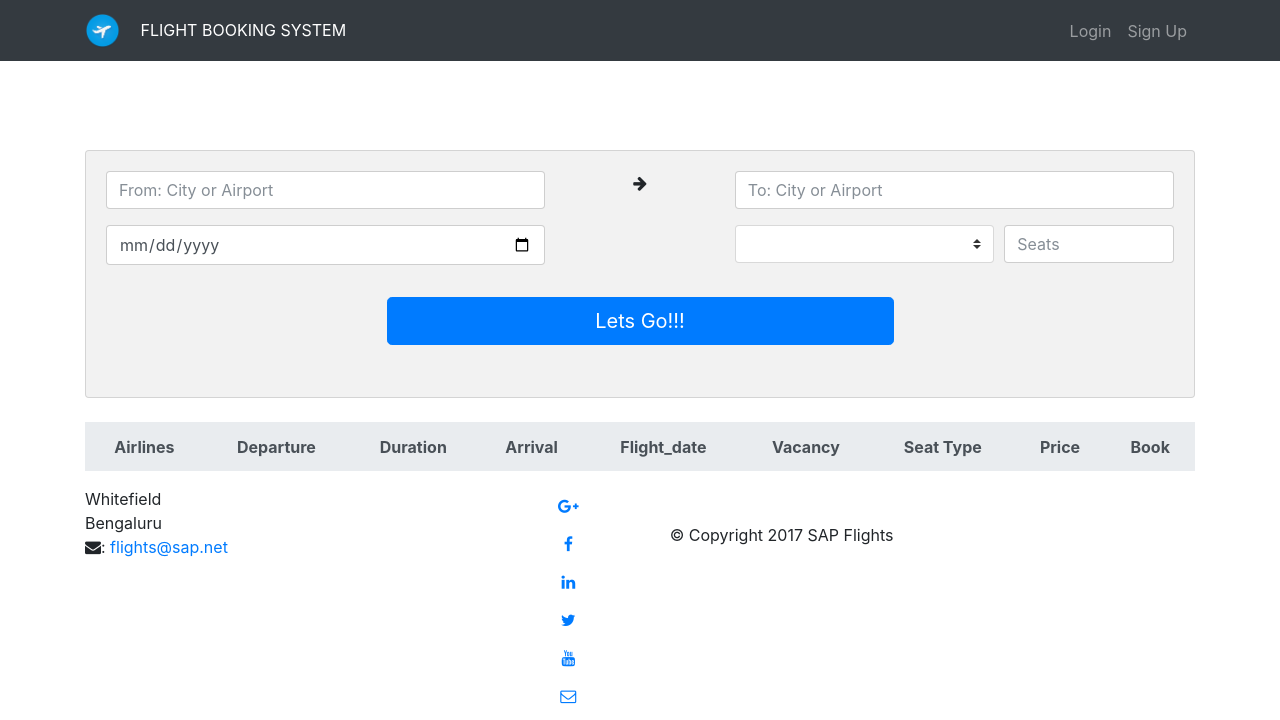
Repository: yashtatia/Spring-Practice
Page: http://localhost/FitnessTracker/WEB-INF/jsp/flightpage.jsp
These files come from the project's save history. The page is drawn as it stood at one moment and after the next save; the edit follows.
The browser window is 1280 px wide. The pictures show the whole page.
Some web libraries are served in a nearby version. The page is served by Tomcat 9. Nobody is signed in. Other server files are loaded and not shown. The template is opened directly, without the code that normally fills it, so the values that code supplies are empty.

Above is the page before, as saved 2017-09-05 20:27:21.

### FitnessTracker/src/main/webapp/WEB-INF/jsp/flightpage.jsp
<%@ taglib prefix="c" uri="http://java.sun.com/jsp/jstl/core"%>
<%@ taglib prefix="form" uri="http://www.springframework.org/tags/form" %>
<%@ taglib prefix="spring" uri="http://www.springframework.org/tags" %>

	<jsp:include page="header.jsp" />

	<style type="text/css">
		.table td, .table th {
			text-align: center;
			align-items: center;
			align-content: center;
		}
		table:hover {
			border-color:  #808080;
			border-top-width: 1 px;
		}
	</style>


	<div class="container" style="margin-top:150px;">
		<div class="card" style="background-color: #f2f2f2;" >
			<div class="card-body">
				<form:form modelAttribute="flightSearch" method="POST" >
					<div class="form-row">
						<div class="form-group col-md-5">
								<form:input path="source_airport" class="input-large form-control" type="text" placeholder="From: City or Airport" name="source_id" id="source_id" value="${flightSearch.source_airport}" />
						</div>
						<div class="form-group col-md-2">
							<div id="city_reverse" align="center" style="cursor:pointer;">
								<i class="fa fa-arrow-right" aria-hidden="true"></i>
							</div>
						</div>
						<div class="form-group col-md-5">
								<form:input path="destination_airport" class="input-large form-control" type="text" placeholder="To: City or Airport" name="destination_id" id="destination_id" value="${flightSearch.destination_airport}" />
						</div>
					</div>
					<div class="form-row">
						<div class="form-group col-md-5">
							<form:input path="flight_date" class="input-large form-control" type="date" name="flight_date" data-date-inline-picker="true" value="${flightSearch.flight_date}"/>
						</div>
						<div class="col-md-2">

						</div>
						<div class="col-md-3 form-group">
								<form:select id="seat_classes" path="seat_class" class="custom-select mb-2 mr-sm-2 mb-sm-0 form-control" name="seat_type" value="${flightSearch.seat_class}">
									<form:options items="${seats}" itemLabel="description" itemValue="seat_type"/>
								</form:select>
						</div>
						<div class="col-md-2 form-group">
							<form:input path="seats" class="input-large form-control" type="number" name="seats" data-date-inline-picker="true" placeholder="Seats" value="${flightSearch.seats}" min="1"/>
						</div>
					</div>

					<div class="form-row">
						<div class="form-group col-md-6 mx-auto p-3">
							<button type="submit" class="btn btn-lg btn-block btn-primary" name="flightSearchFormSubmit" value="SEARCH">Lets Go!!!</button>
						</div>
					</div>
				</form:form>
			</div>
		</div>
	</div>
	<div class="container">
		<br/>
		<div class="row row-content">
			<div class="col-lg-12 " >
				<table class="table table-striped table-hover">
					<tr class="thead-default">
						<th>Airlines</th>
						<th>Departure</th>
						<th>Duration</th>
						<th>Arrival</th>
						<th>Flight_date</th>
						<th>Vacancy</th>
						<th>Seat Type</th>
						<th>Price</th>
						<th>Book</th>
					</tr>
					<c:forEach items="${flightsReport}" var="flightReport">
						<tr>
							<td>${flightReport.carrier.carrier_name}</td>
							<td>
								<table style="border: none; padding: none;" >
									<tr>
										<td>${flightReport.departure.airport_id} ${flightReport.departure_time}</td>
									</tr>
									<tr>
										<td>${flightReport.departure.airport_name}, India</td>
									</tr>
								</table>
							</td>
							<td>${flightReport.duration}</td>
							<td>
								<table style="border: none; padding-left: 2px:;">
									<tr>
										<td>${flightReport.arrival.airport_id} ${flightReport.arrival_time}</td>
									</tr>
									<tr>
										<td>${flightReport.arrival.airport_name}, India</td>
									</tr>
								</table>
							</td>
							<td>${flightReport.flight_date}</td>
							<td>${flightReport.vacancy}</td>
							<td>${flightReport.seat_type.description}</td>
							<td>${flightReport.price}</td>

							<form:form modelAttribute="flightSelected" action="flightWeWishToFly.html" method="POST">
								<form:hidden path="flight_id" value="${flightReport.flight_id}" />
								<form:hidden path="route_id" value="${flightReport.route_id}" />
								<form:hidden path="departure_id" value="${flightReport.departure.airport_id}" />
								<form:hidden path="departure" value="${flightReport.departure.airport_name}" />
								<form:hidden path="arrival_id" value="${flightReport.arrival.airport_id}" />
								<form:hidden path="arrival" value="${flightReport.arrival.airport_name}" />
								<form:hidden path="user_air_miles" value="${userForm.air_miles}" />
								<form:hidden path="airline" value="${flightReport.carrier.carrier_name}" />
								<form:hidden path="flight_date" value="${flightReport.flight_date}" />
								<form:hidden path="departure_time" value="${flightReport.departure_time}" />
								<form:hidden path="arrival_time" value="${flightReport.arrival_time}" />
								<form:hidden path="duration" value="${flightReport.duration}" />
								<form:hidden path="price" value="${flightReport.price}" />
								<form:hidden path="seat_class" value="${flightReport.seat_type.description}" />
								<form:hidden path="seat_class_abbrev" value="${flightReport.seat_type.seat_type}" />
								<form:hidden path="seats" value="${flightSearch.seats}" />
								<td><button type="submit" class="btn btn-large btn-warning">Book Now</button></td>
							</form:form>

						</tr>
					</c:forEach>
				</table>

			</div>
		</div>
	</div>
	<jsp:include page="footer.jsp" />

	<script type="text/javascript">
		$(document).ready(function(){
			$("#city_reverse").on("click" , function(){
				var source = $("#source_id").val();
				var destination = $("#destination_id").val();
				$("#source_id").val(destination);
				$("#destination_id").val(source);
			});

			$("#city_reverse").mouseenter(function(){
				$("#city_reverse > span").removeClass("fa fa-arrow-right");
				$("#city_reverse > span").addClass("fa fa-arrow-left");
			});
			$("#city_reverse").mouseleave(function(){
				$("#city_reverse > span").removeClass("fa fa-arrow-left");
				$("#city_reverse > span").addClass("fa fa-arrow-right");
			});
		});
	</script>
<!-- 	<script type="text/javascript">
		$(document).ready(
			function() {
				$.getJSON('<spring:url value="seat_classes.json"/>', {
					ajax : 'true'
				}, function(data){
					var html = '<option value="">--Please select one--</option>';
					var len = data.length;
					for (var i = 0; i < len; i++) {
						html += '<option value="' + data[i].seat_type + '">'
								+ data[i].description + '</option>';
					}
					html += '</option>';

					$('#seat_classes').html(html);
				});

			});

	</script> -->
	<script type="text/javascript">
		$( function() {
			console.log( "document Ready!" );

			// $('#source_id').autocomplete("flightSearchHelpAjax.jsp");
			// $(this.target).find('source_id').autocomplete({
			$("#source_id").autocomplete({
				source: function (request, response) {
		            $.getJSON('<spring:url value="flightAjax.json"/>', request, function(result) {
		                response($.map(result, function(item) {
		                    return {
		                        // following property gets displayed in drop down
		                        value: item.airport_id + " - " + item.airport_name ,
		                        // following property gets entered in the textbox
		                        data: item.airport_id,
		                        // following property is added for our own use
		                    };
		                }));
		            });
		        },
		        minLength:2,
		        delay:100
			});
			$('#destination_id').autocomplete({
				source: function (request, response) {
		            $.getJSON('<spring:url value="flightAjax.json"/>', request, function(result) {
		                response($.map(result, function(item) {
		                    return {
		                        // following property gets displayed in drop down
		                        //label: item.airport_id,
		                        value: item.airport_id + " - " + item.airport_name ,
		                        // following property gets entered in the textbox
		                        data: item.airport_id,

		                    };
		                }));
		            });
		        },
		        minLength:2,
		        delay:100
			});
		});
	</script>

### FitnessTracker/src/main/webapp/WEB-INF/jsp/header.jsp
<%@ taglib prefix="c" uri="http://java.sun.com/jsp/jstl/core"%>
<%@ taglib prefix="form" uri="http://www.springframework.org/tags/form" %>
<%@ taglib prefix="spring" uri="http://www.springframework.org/tags" %>
<!DOCTYPE html>
<html>
<head>
	<meta charset="utf-8">
    <meta http-equiv="X-UA-Compatible" content="IE=edge">
    <meta name="viewport" content="width=device-width, initial-scale=1, shrink-to-fit=no">
	<title>Search Flights</title>
	<link rel="stylesheet" href="https://maxcdn.bootstrapcdn.com/bootstrap/4.0.0-beta/css/bootstrap.min.css" integrity="sha384-/Y6pD6FV/Vv2HJnA6t+vslU6fwYXjCFtcEpHbNJ0lyAFsXTsjBbfaDjzALeQsN6M" crossorigin="anonymous">
	<link href="https://maxcdn.bootstrapcdn.com/font-awesome/4.7.0/css/font-awesome.min.css" rel="stylesheet">
	<link rel="stylesheet" type="text/css" href="assets/css/jquery-ui.css">
</head>
<body>

	 <nav class="navbar navbar-expand-md navbar-dark bg-dark fixed-top">
            <div class="container">
                <div class="navbar-header">
	                <span><a class="navbar-brand" href="index.jsp"><img src="assets/img/sap.png" height=35 width=35></a></span>
	                <span style="color: white;">FLIGHT BOOKING SYSTEM</span>
                </div>

                <c:choose>
    				<c:when test="${not logInForm.loggedIn || logInForm == null}">
                       <ul class="navbar-nav bd-navbar-nav" style="cursor: pointer;">
	                        <li class="nav-item"><a class="nav-link" data-toggle="modal" data-target="#loginModal" id="login"><span class="glyphicon glyphicon-log-in"></span> Login</a></li>
	                        <li class="nav-item"><a class="nav-link" href="signUp.html"><span class="glyphicon glyphicon-log-in"></span> Sign Up</a></li>
	                    </ul>
	    			</c:when>
	    			<c:otherwise>
	                    <ul class="navbar-nav bd-navbar-nav" style="cursor: pointer;">
	                        <li class="nav-item dropdown">
	                            <a href="#" class="nav-link dropdown-toggle" data-toggle="dropdown"
	                             role="button" aria-haspopup="true" aria-expanded="false" style="color: white; ">
	                             <i class="fa fa-user-o" aria-hidden="true"></i>  ${userForm.fname} ${userForm.lname} <span class="caret"></span></a>
	                            <ul class="dropdown-menu">
	                                <li><a class="dropdown-item" href="#">Your Miles : ${userForm.air_miles}</a></li>
	                                <li><a class="dropdown-item" href="myBookings.html">MyBookings</a></li>
	                                <li><a class="dropdown-item" href="logout.html">Logout</a></li>
	                            </ul>
	                        </li>
	                    </ul>
	                </c:otherwise>
                </c:choose>


                </div>
        </nav>

    <c:if test="${logInForm.loggedIn == false || logInForm == null}">

	    <div id="loginModal" class="modal fade " role="dialog" aria-labelledby="loginModal" aria-hidden="true">
	        <div class="modal-dialog" style="max-width: 650px !important;">
	        <!-- Modal content-->
	        <div class="modal-content">
	            <div class="modal-header">
	                <h5 class="modal-title" id="exampleModalLabel">Login</h5>
			     	   <button type="button" class="close" data-dismiss="modal" aria-label="Close">
			        	  <span aria-hidden="true">&times;</span>
			       	 </button>
	            </div>
		        <div class="modal-body">
		            <form:form modelAttribute="logInForm" class="form-inline" id="loginForm" action="logIn.html" method="POST">
		                <div class="form-group">
		                    <label class="sr-only" for="InputEmail">Email address</label>
		                    <form:input path="username" type="email" class="form-control" id="Email" placeholder="Email" name="email" />
		                </div>
		                <div class="form-group mx-sm-3">
		                    <label class="sr-only" for="Password">Password</label>
		                    <form:input path="password" type="password" class="form-control" id="Password" placeholder="Password" name="password" />
		                </div>

	            		<div class="form-group mx-sm-3">
	            			<button type="button" class="btn btn-default btn-danger pull-right" data-dismiss="modal">Cancel</button>
		                	<button type="submit" class="btn btn-default btn-info pull-right">Sign in</button>
	            		</div>


	            	</form:form>
				</div>

	        </div>
	        </div>
	    </div>

    </c:if>

### FitnessTracker/src/main/webapp/WEB-INF/jsp/footer.jsp

	<footer class="row-footer">
        <div class="container">
            <div class="row">

                <div class="col-md-5"">
                    <address>
		              Whitefield<br>
		              Bengaluru<br>
		              <i class="fa fa-envelope"></i>:
                         <a href="mailto:flights@sap.net">
                         flights@sap.net</a>
                    </address>
                </div>
                <div class="col-xs-12 ">
                    <div class="nav navbar-nav">
                        <a class="btn btn-social-icon btn-google-plus" href="http://google.com/+"><i class="fa fa-google-plus"></i></a>
                        <a class="btn btn-social-icon btn-facebook" href="http://www.facebook.com/profile.php?id="><i class="fa fa-facebook"></i></a>
                        <a class="btn btn-social-icon btn-linkedin" href="http://www.linkedin.com/in/"><i class="fa fa-linkedin"></i></a>
                        <a class="btn btn-social-icon btn-twitter" href="http://twitter.com/"><i class="fa fa-twitter"></i></a>
                        <a class="btn btn-social-icon btn-youtube" href="http://youtube.com/"><i class="fa fa-youtube"></i></a>
                        <a class="btn btn-social-icon" href="mailto:"><i class="fa fa-envelope-o"></i></a>
                    </div>
                </div>
                <div class="col-md-4">
                    <p style="padding:10px;"></p>
                    <p align=center> &copy; Copyright 2017 SAP Flights</p>
                </div>
            </div>
        </div>
    </footer>




<script src="https://code.jquery.com/jquery-3.2.1.slim.min.js" integrity="sha384-KJ3o2DKtIkvYIK3UENzmM7KCkRr/rE9/Qpg6aAZGJwFDMVNA/GpGFF93hXpG5KkN" crossorigin="anonymous"></script>
<script type="text/javascript" src="http://code.jquery.com/jquery-3.2.1.min.js"></script>
<script type="text/javascript" src="assets/js/jquery-ui.min.js"></script>
<script src="https://cdnjs.cloudflare.com/ajax/libs/popper.js/1.11.0/umd/popper.min.js" integrity="sha384-b/U6ypiBEHpOf/4+1nzFpr53nxSS+GLCkfwBdFNTxtclqqenISfwAzpKaMNFNmj4" crossorigin="anonymous"></script>
<script src="https://maxcdn.bootstrapcdn.com/bootstrap/4.0.0-beta/js/bootstrap.min.js" integrity="sha384-h0AbiXch4ZDo7tp9hKZ4TsHbi047NrKGLO3SEJAg45jXxnGIfYzk4Si90RDIqNm1" crossorigin="anonymous"></script>

<script>
        $().button('toggle');
        $(document).ready(function(){
            $("#login").click(function(){
                console.log("yo!");
                $("#loginModal").modal();
            });
        });

        $(document).ready(function(){
            $("#table").click(function(){
                $("#tableModal").modal();
            });
        });
</script>
</body>
</html>

Loaded but not shown: FitnessTracker/src/main/webapp/assets/css/jquery-ui.css (library); FitnessTracker/src/main/webapp/assets/js/jquery-ui.min.js (library)

After the next save:
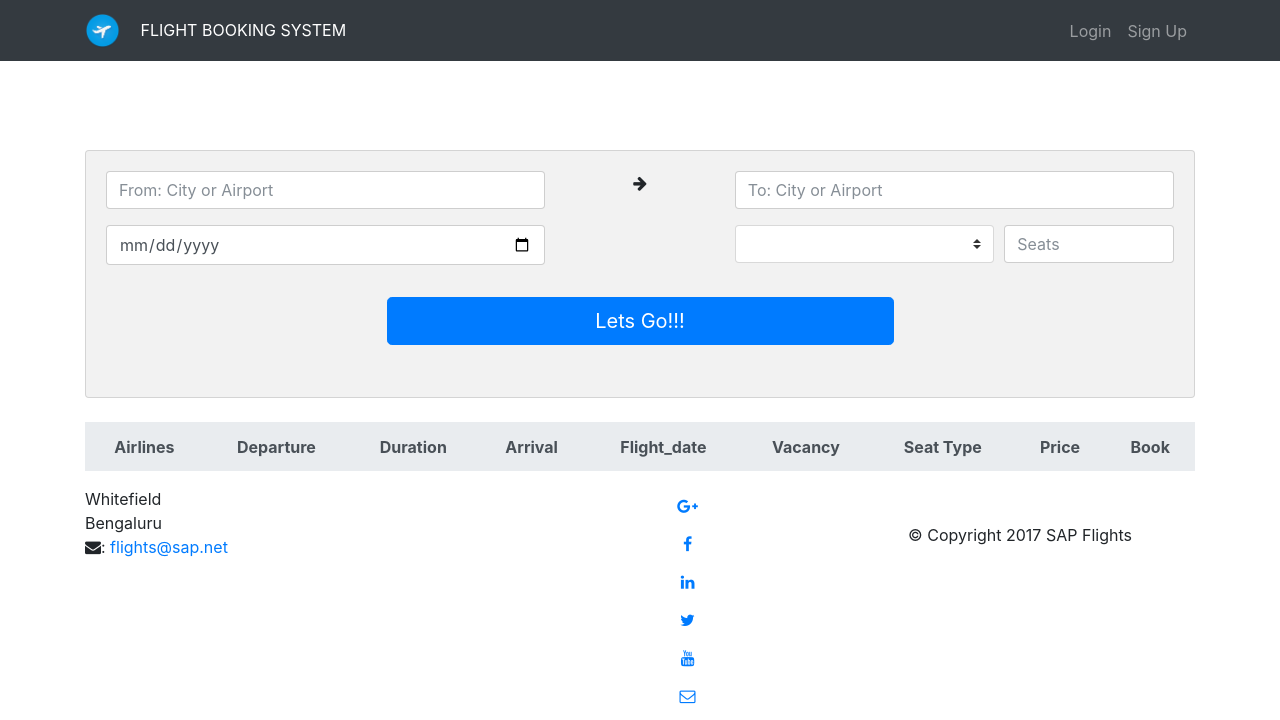
Saved 19 s later.
--- a/FitnessTracker/src/main/webapp/WEB-INF/jsp/footer.jsp
+++ b/FitnessTracker/src/main/webapp/WEB-INF/jsp/footer.jsp
@@ -12,7 +12,7 @@
                          flights@sap.net</a>
                     </address>
                 </div>
-                <div class="col-xs-12 ">
+                <div class="col-md-3 ">
                     <div class="nav navbar-nav">
                         <a class="btn btn-social-icon btn-google-plus" href="http://google.com/+"><i class="fa fa-google-plus"></i></a>
                         <a class="btn btn-social-icon btn-facebook" href="http://www.facebook.com/profile.php?id="><i class="fa fa-facebook"></i></a>
